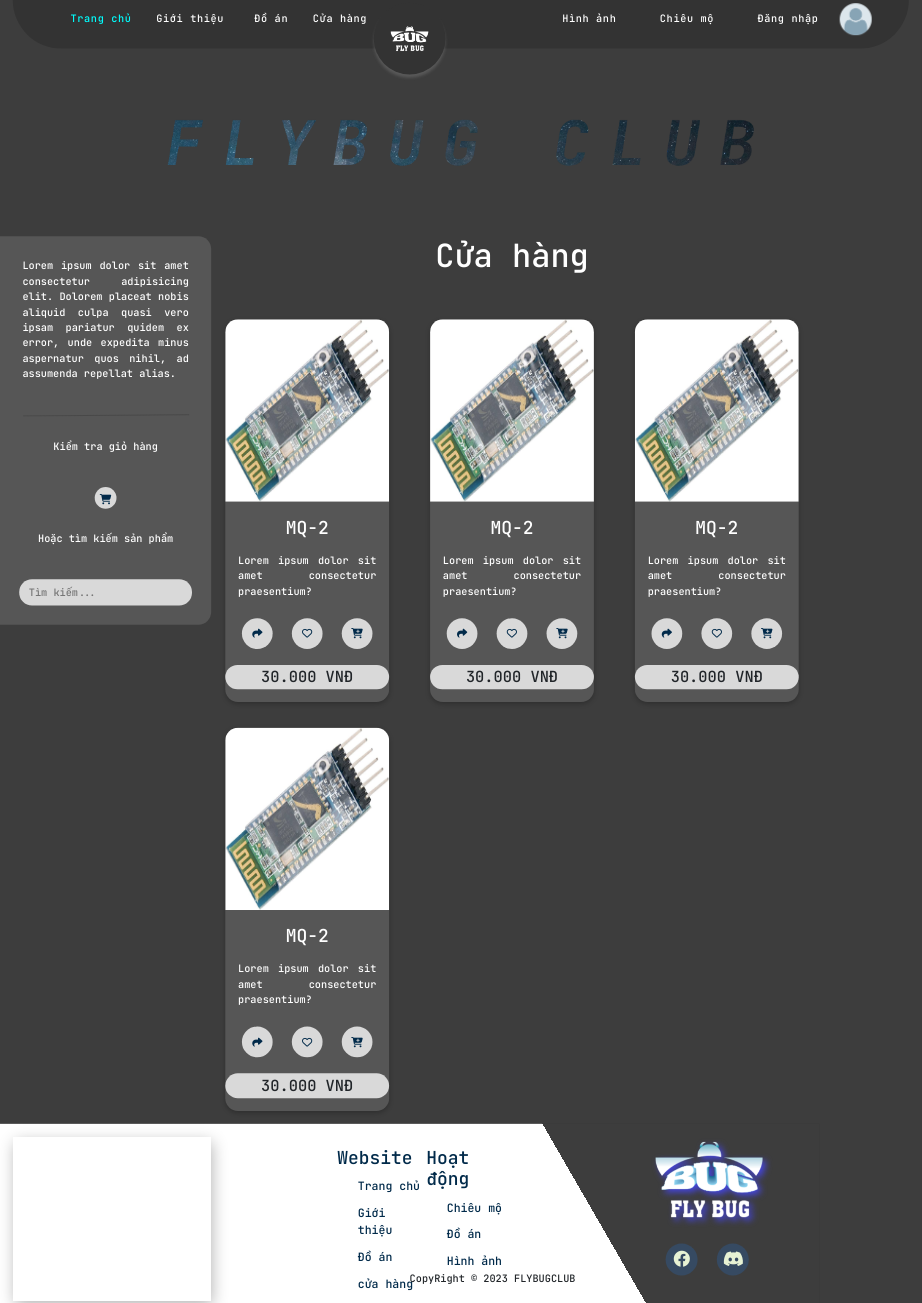
Repository: NQD2308/FlyBugClub_WebApp
Page: PROJECT FLYNUG/html/store.html
An editor plug-in stored every save of this project. The page is shown before and after the next save, followed by the edit.
The browser window is 1280 px wide. The page is 1440 px wide, so the pictures cover 1440 px, including what lies to the right of the window. The pictures show the whole page, at 64% of full size.
Pictures or frames that could not be fetched are drawn as grey boxes.

Above is the page before, as saved 2023-09-18 11:31:16.

After the next save:
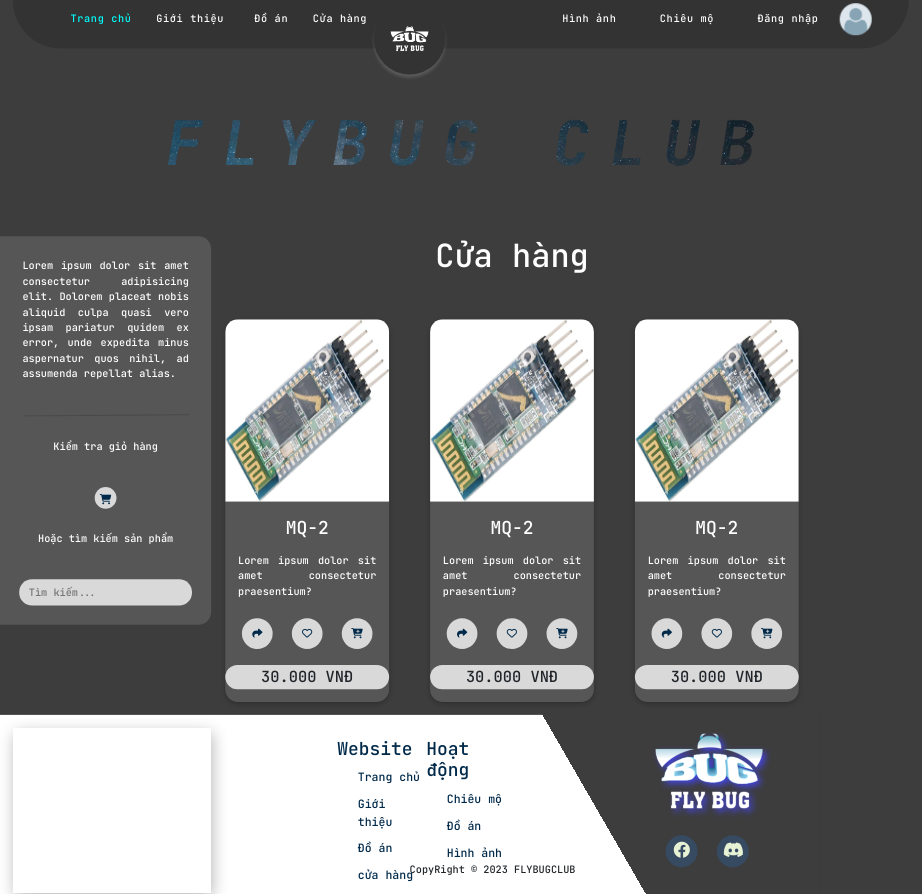
Saved 23 s later.
--- a/PROJECT FLYNUG/html/store.html
+++ b/PROJECT FLYNUG/html/store.html
@@ -172,33 +172,7 @@
                                         </div>
                                     </div>
                                 </div>
-                                <div class="col col-md-4">
-                                    <div class="item-card">
-                                        <img src="../img/bluth.jpg" alt="Photo item store">
-                                        <h3>MQ-2</h3>
-                                        <p>Lorem ipsum dolor sit amet consectetur praesentium?</p>
-                                        <div class="center icon-card">
-                                            <button class="icon icon-share">
-                                                <a href="#">
-                                                    <i class="fa-solid fa-share"></i>
-                                                </a>
-                                            </button>
-                                            <button class="icon icon-love">
-                                                <a href="#">
-                                                    <i class="fa-regular fa-heart"></i>
-                                                </a>
-                                            </button>
-                                            <button class="icon icon-share">
-                                                <a href="#">
-                                                    <i class="fa-solid fa-cart-plus"></i>
-                                                </a>
-                                            </button>
-                                        </div>
-                                        <div class="center item-price">
-                                            <h2>30.000 VNĐ</h2>
-                                        </div>
-                                    </div>
-                                </div>
+
                             </div>
                         </div>
                     </div>
